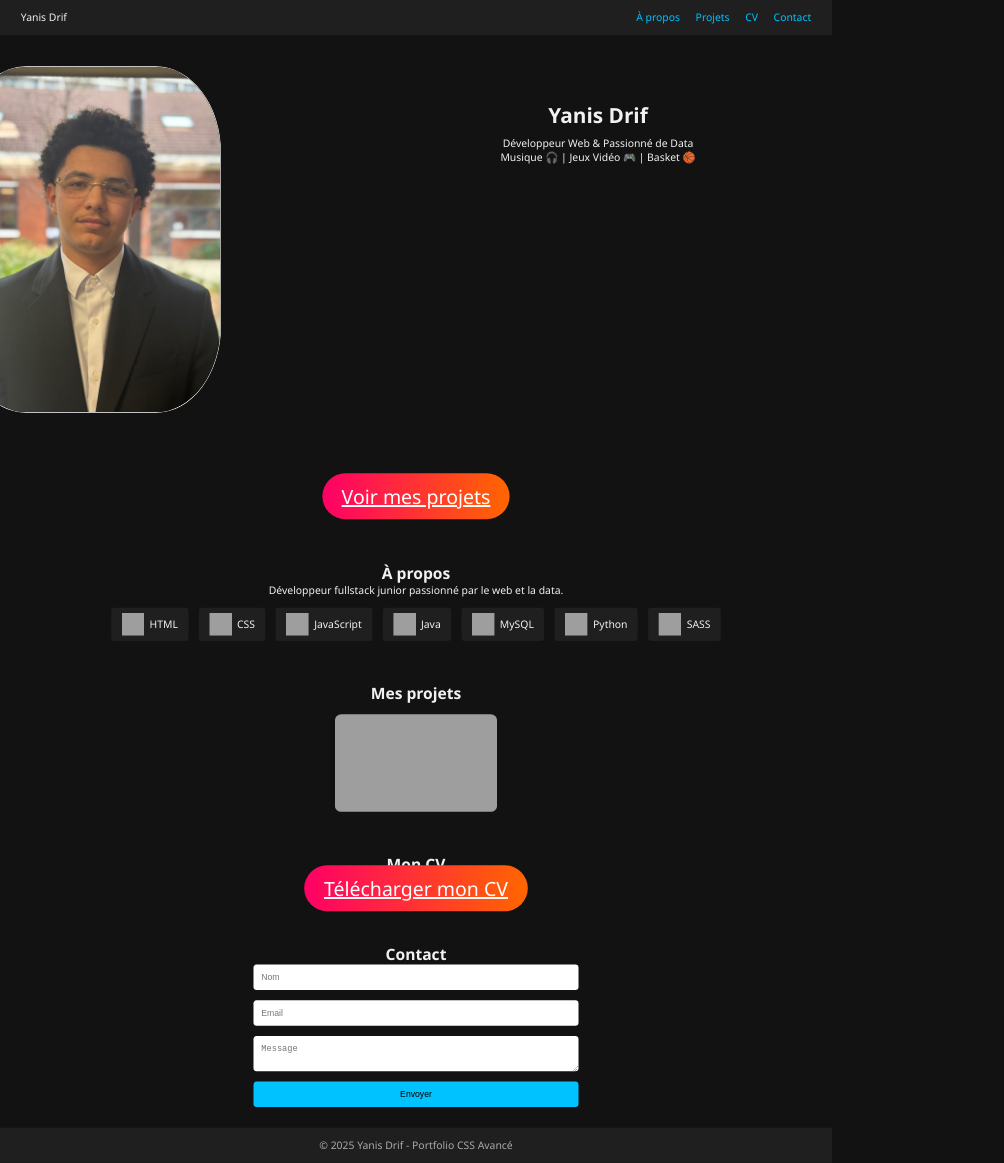
Repository: Yxniiss/ProjetCssAvance
Page: OneDrive/Bureau/Portfolio DrifYanis/home.html
An editor plug-in stored every save of this project. The page is shown before and after the next save, followed by the edit.
The browser window is 1280 px wide. The page is 1544 px wide, so the pictures cover 1544 px, including what lies to the right of the window. The pictures show the whole page, at 65% of full size.
Pictures or frames that could not be fetched are drawn as grey boxes.

Above is the page before, as saved 2025-04-10 10:34:49.
Console error: TypeError: Cannot set properties of null (setting 'textContent')

### OneDrive/Bureau/Portfolio DrifYanis/home.html
<!DOCTYPE html>
<html lang="fr">
<head>
  <meta charset="UTF-8" />
  <meta name="viewport" content="width=device-width, initial-scale=1.0" />
  <title>Portfolio - Yanis Drif</title>
  <link rel="stylesheet" href="/style.css" />
  <script defer src="/script.js"></script>
</head>
<body>
  <nav class="navbar">
    <div class="logo">Yanis Drif</div>
    <ul class="nav-links">
      <li><a href="#apropos">À propos</a></li>
      <li><a href="#projets">Projets</a></li>
      <li><a href="#cv">CV</a></li>
      <li><a href="#contact">Contact</a></li>
    </ul>
  </nav>

  <header class="hero">
    <img src="/image/IMG_0965 (2).jpeg" alt="Photo de profil" class="hero__image" />
    <div class="hero__content">
      <h1 class="hero__name">Yanis Drif</h1>
      <p class="hero__tagline">Développeur <span>Web</span> & Passionné de Data</p>
      <p class="hero__desc">Musique 🎧 | Jeux Vidéo 🎮 | Basket 🏀</p>
      <a href="#projets" class="btn">Voir mes projets</a>
    </div>
  </header>

  <section id="apropos" class="section about">
    <h2>À propos</h2>
    <p>Développeur fullstack junior passionné par le web et la data.</p>
    <div class="skills">
      <div class="skill"><img src="https://devicon-website.vercel.app/api/html5/original-wordmark.svg" alt="HTML">HTML</div>
      <div class="skill"><img src="https://devicon-website.vercel.app/api/css3/original-wordmark.svg" alt="CSS">CSS</div>
      <div class="skill"><img src="https://devicon-website.vercel.app/api/javascript/original.svg" alt="JavaScript">JavaScript</div>
      <div class="skill"><img src="https://devicon-website.vercel.app/api/java/original-wordmark.svg" alt="Java">Java</div>
      <div class="skill"><img src="https://devicon-website.vercel.app/api/mysql/plain-wordmark.svg" alt="MySQL">MySQL</div>
      <div class="skill"><img src="https://devicon-website.vercel.app/api/python/original-wordmark.svg" alt="Python">Python</div>
      <div class="skill"><img src="https://devicon-website.vercel.app/api/sass/original.svg" alt="SASS">SASS</div>
    </div>
  </section>

  <section id="projets" class="section projets">
    <h2>Mes projets</h2>
    <div class="projects carousel">
      <img src="img/Capture d'écran 2025-04-09 23345.png" alt="Projet 1"/>
      <img src="/img/Capture d'écran 2025-04-09 12402 (1).png" alt="Projet 2" />
      <img src="/img/ChatGPT Image 9 avr. 2025, 23_49_51.png" alt="Projet 3" />
    </div>
  </section>

  <section id="cv" class="section cv">
    <h2>Mon CV</h2>
    <a href="/doc/CV Yanis (1) (1).pdf" download class="btn">Télécharger mon CV</a>
  </section>

  <section id="contact" class="section contact">
    <h2>Contact</h2>
    <form class="contact-form">
      <input type="text" placeholder="Nom" required />
      <input type="email" placeholder="Email" required />
      <textarea placeholder="Message" required></textarea>
      <button type="submit">Envoyer</button>
    </form>
  </section>

  <footer>
    <p>&copy; 2025 Yanis Drif - Portfolio CSS Avancé</p>
  </footer>
</body>
</html>

### OneDrive/Bureau/Portfolio DrifYanis/style.css
* {
    margin: 0;
    padding: 0;
    box-sizing: border-box;
  }

  body {
    font-family: "Segoe UI", sans-serif;
    background-color: #121212;
    color: #f1f1f1;
  }

  .navbar {
    display: flex;
    justify-content: space-between;
    padding: 1rem 2rem;
    background-color: #1f1f1f;
  }

  .nav-links {
    display: flex;
    list-style: none;
    gap: 1.5rem;
  }

  .nav-links a {
    color: #00c2ff;
    text-decoration: none;
  }

  .hero {
    padding: 3rem 1rem;
    text-align: center;

  }

  .hero__name{
    position: relative;
    left: 280px;
    bottom:500px;

  }

  .hero__tagline{
    position: relative;
    left:280px;
    bottom:490px;
  }

  .hero__desc{
    position: relative;
    left:280px;
    bottom:490px;}

  .hero__image {
    border-radius: 25%;
    width: 400px;
    border: 1px solid #ffffff;
    margin-bottom: 1rem;
    position: relative;
    right:500px ;
  }

  .section {
    padding: 2rem 1rem;
    text-align: center;
  }

  .projects {
    display: flex;
    justify-content: center;
    gap: 1rem;
    flex-wrap: wrap;
    margin-top: 1rem;
  }

  .projects img {
    width: 250px;
    height: 150px;
    -o-object-fit: cover;
       object-fit: cover;
    border-radius: 10px;
  }

  .skills {
    display: flex;
    flex-wrap: wrap;
    gap: 1rem;
    justify-content: center;
    margin-top: 1rem;
  }

  .skill {
    display: flex;
    align-items: center;
    gap: 0.5rem;
    background-color: #1f1f1f;
    padding: 0.5rem 1rem;
    border-radius: 5px;
  }

  .skill img {
    width: 35px;
    height: 35px;
  }

  footer {
    padding: 1rem;
    text-align: center;
    background-color: #1f1f1f;
    color: #aaa;
  }

  .btn {
    padding: 15px 30px;
    font-size: 30px;
    color:white;
    background: linear-gradient(90deg, #ff0066, #ff6600);
    border:none;
    border-radius: 50px;
    cursor: pointer;
    box-shadow: 0 4px 15px rgba(255,0,102,0);
    transition: box-shadow 0.3s ease, transform 0.3s ease;
  }

  .btn:hover{
    box-shadow: 0 10px 20px rgba(255,0,102,0.5);
    transform: translateY(-3px);
  }

  .contact-form {
    max-width: 500px;
    margin: auto;
    display: flex;
    flex-direction: column;
    gap: 1rem;
  }

  .contact-form input,
  .contact-form textarea {
    padding: 0.75rem;
    border: none;
    border-radius: 5px;
  }

  .contact-form button {
    background-color: #00c2ff;
    color: #000;
    padding: 0.75rem;
    border: none;
    border-radius: 5px;
    cursor: pointer;
  }

  .start h1{
    text-align: left;
    margin-top: 100px;
    font-size: 35px;
    margin-left: 100px;
  }

  .start h2{
    text-align: left;
    margin-top: 1px;
    font-size: 70px;
    margin-left: 100px;
  }

  .start h3{
    text-align: left;
    margin-top: 1px;
    font-size: 35px;
    margin-left: 100px;
  }

  #mot {
    color:#00c2ff;
  }

  #cursor{
    display: inline-block;
    width: 10px;
    background-color:black;
    animation: blink 0.8s step-end infinite;
  }

  @keyframes blink{
    50% {
      opacity: 0;
    }
  }

  @keyframes typing{
    from{
      width: 0;
    }
    to{
      width: 100%;
    }
  }

  #main{
    opacity: 0;
    transform: translateY(0);
    transition: opacity 5s ease, transform 5s ease;
  }

  body.loaded #main{
    opacity: 1;
    transform: translateY(0);
  }


  .start p{
    text-align: left;
    margin-left: 100px;
    margin-top: 20px;
    font-size: 20px;
  }

  .ntwrks {
    position: absolute;
    top: 410px;
    left: 110px;
    display: flex;
    flex-wrap: wrap;
    gap: 1rem;
  }

  .ntwrk {
    display: flex;
    align-items: center;
    gap: 0.5rem;
    background-color: #1f1f1f;
    padding: 1rem 1rem;
    border-radius: 100px;
    transition: 0.3s ease, opacity 0.3s ease;
  }

  .ntwrk:hover{
    transform: scale(1.2);
    opacity: 0.8;
  }

  .ntwrk img {
    width: 30px;
    height: 30px;
  }

  .modern-button{
    background-color:#00c2ff;
    font-size: 16px;
    font-weight: bold;
    border:none;
    padding: 15px 30px;
    border-radius: 25px;
    cursor: pointer;
    outline: none;
    position: relative;
    right:550px;
    top:120px;
    animation:glow 1.5s infinite alternate;
    transition: 0.3s ease, opacity 0.3s ease;
  }

  .modern-button a{
    color:white;
    text-decoration: none;
  }

  .modern-button:hover{
    transform: scale(1.2);
    opacity: 1;
  }

  @keyframes glow{
    0%{
      box-shadow: 0 0 10px 5px rgba(0, 194, 255, 0.6), 0 0 20px 10px rgba(0, 194, 255, 0.4);
    }
    100%{
      box-shadow: 0 0 20px 10px rgba(0, 194, 255, 1), 0 0 30px 15px rgba(0, 194, 255, 0.8);
    }
  }

  .image{
    max-width: 30%;
    position: relative;
    bottom: 350px;
    left: 350px;
  }

### OneDrive/Bureau/Portfolio DrifYanis/script.js

document.addEventListener('DOMContentLoaded', () => {
    // Scroll fluide
    document.querySelectorAll('a[href^="#"]').forEach(anchor => {
      anchor.addEventListener('click', function (e) {
        e.preventDefault();
        const target = document.querySelector(this.getAttribute('href'));
        if (target) {
          target.scrollIntoView({ behavior: 'smooth' });
        }
      });
    });

    // Carrousel automatique
    const images = document.querySelectorAll('.carousel img');
    let currentIndex = 0;

    function showSlide(index) {
      images.forEach((img, i) => {
        img.style.display = i === index ? 'block' : 'none';
      });
    }

    function nextSlide() {
      currentIndex = (currentIndex + 1) % images.length;
      showSlide(currentIndex);
    }

    if (images.length > 0) {
      showSlide(currentIndex);
      setInterval(nextSlide, 3000); // change every 3 seconds
    }
  });

  const mot = ["Etudiant", "Developpeur web", "Pasionné de code","Developpeur fullstack"];
  let index = 0;
  const element = document.getElementById("mot");
  const cursor = document.getElementById("cursor");

  let typingInterval;
  let currentWord = "";
  let currentCharIndex = 0;

  function  commencerTypingAnimation(){
    currentWord=mot[index];
    currentCharIndex = 0;
    element.textContent = '';

    typingInterval = setInterval(() =>{
      element.textContent += currentWord.charAt(currentCharIndex);
      currentCharIndex++;

      if(currentCharIndex === currentWord.length){
        clearInterval(typingInterval);
        setTimeout(changerMot,1000);
      }
    },150);
  }

  function changerMot(){
    element.textContent=mot[index];
    index++;
    if(index===mot.length){
      index=0;
    }
    commencerTypingAnimation();
  }
  commencerTypingAnimation();

  window.addEventListener('load', function () {
    document.body.classList.add('loaded');
  });

After the next save:
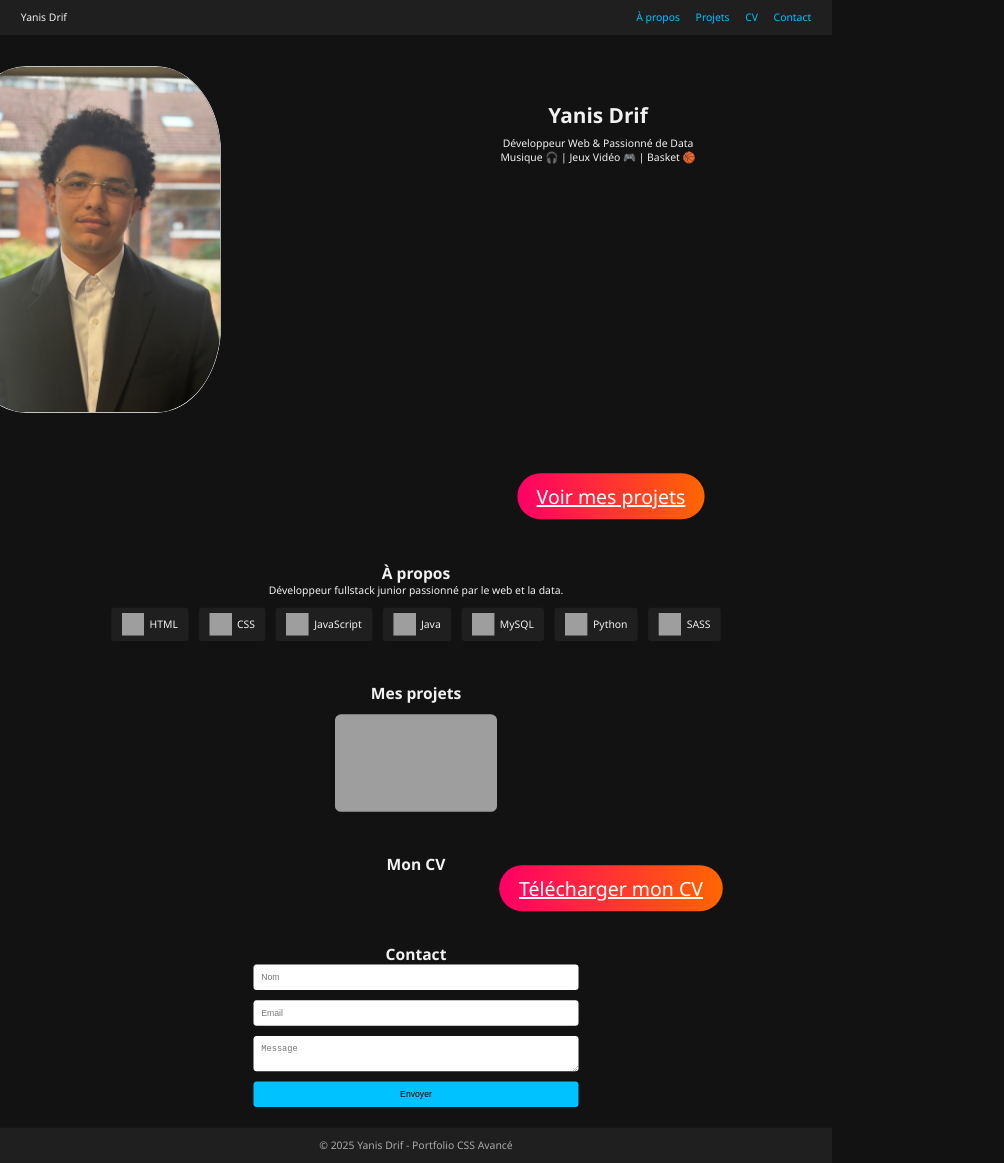
Saved 50 s later.
--- a/OneDrive/Bureau/Portfolio DrifYanis/style.css
+++ b/OneDrive/Bureau/Portfolio DrifYanis/style.css
@@ -114,6 +114,8 @@
   .btn {
     padding: 15px 30px;
     font-size: 30px;
+    position: relative;
+    left: 300px;
     color:white;
     background: linear-gradient(90deg, #ff0066, #ff6600);
     border:none;
